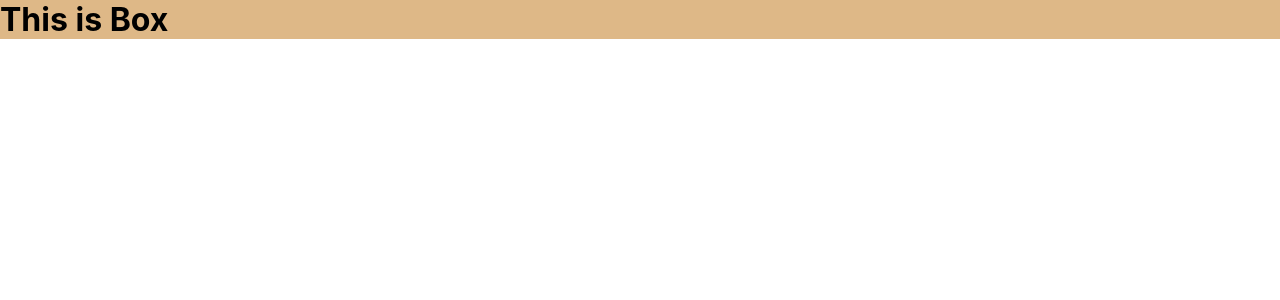
Repository: Prafullkuma/whatsappclon
Page: /
An editor plug-in stored every save of this project. The page is shown before and after the next save, followed by the edit.
The browser window is 1280 px wide. The pictures show the whole page.
The project was rebuilt for these pictures with package versions that can differ from the ones it lists, and the page was loaded fresh each time.

Above is the page before, as saved 2020-08-19 09:39:22.

After the next save:
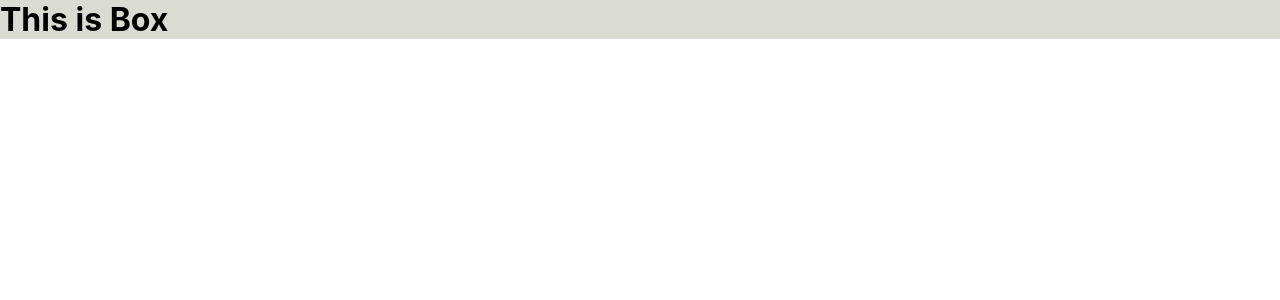
Saved 30 s later.
--- a/src/App.css
+++ b/src/App.css
@@ -1,5 +1,5 @@
 .app{
-  background-color: burlywood;
+  background-color: #dadbd3;
 
 }
 .app__body{
